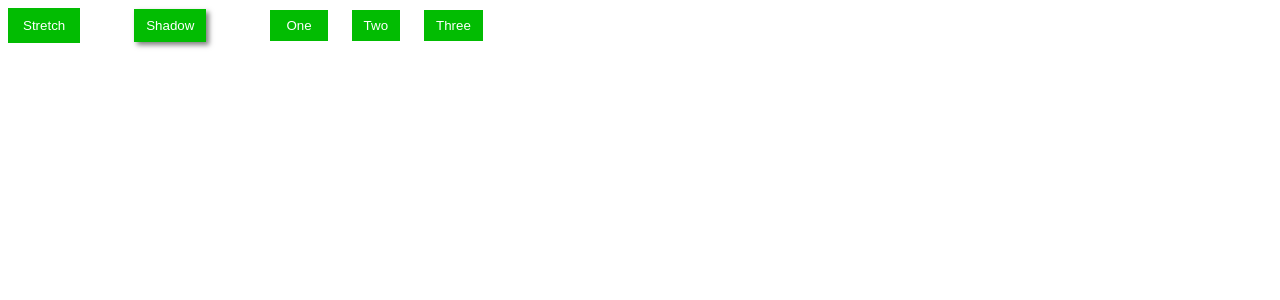
Repository: Kurumilli/Youtube
Page: 4i.html
The author's editor kept a copy of each file at every save. The page is drawn from the files as they stood at one save, then again after the next save.
The browser window is 1280 px wide. The pictures show the whole page.
The pointer rests on the first visible `.stretch-button`.

Above is the page before, as saved 2025-01-29 20:20:24.

After the next save:
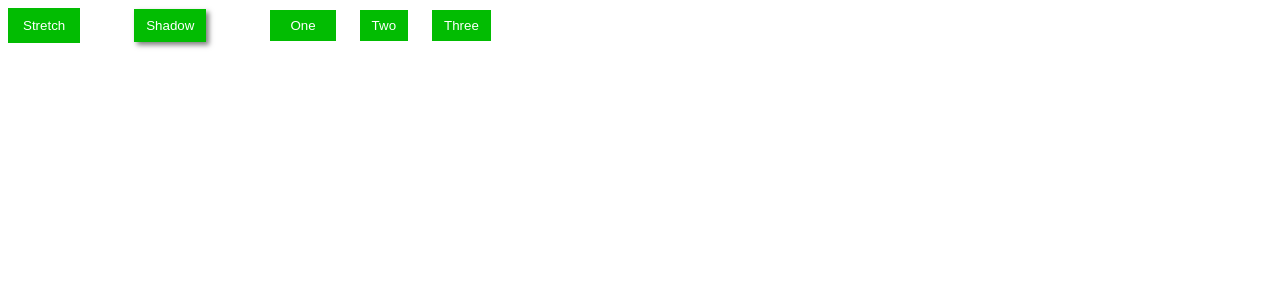
Saved 47 s later.
--- a/4i.html
+++ b/4i.html
@@ -58,8 +58,8 @@ box-shadow: 3px 3px 5px rgba(0,0,0,0.5);
 
 .stretch-button:hover{
 
-    padding-left:16px;
-    padding-right :16px;
+    padding-left:20px;
+    padding-right :20px;
 
 }
 </style>
